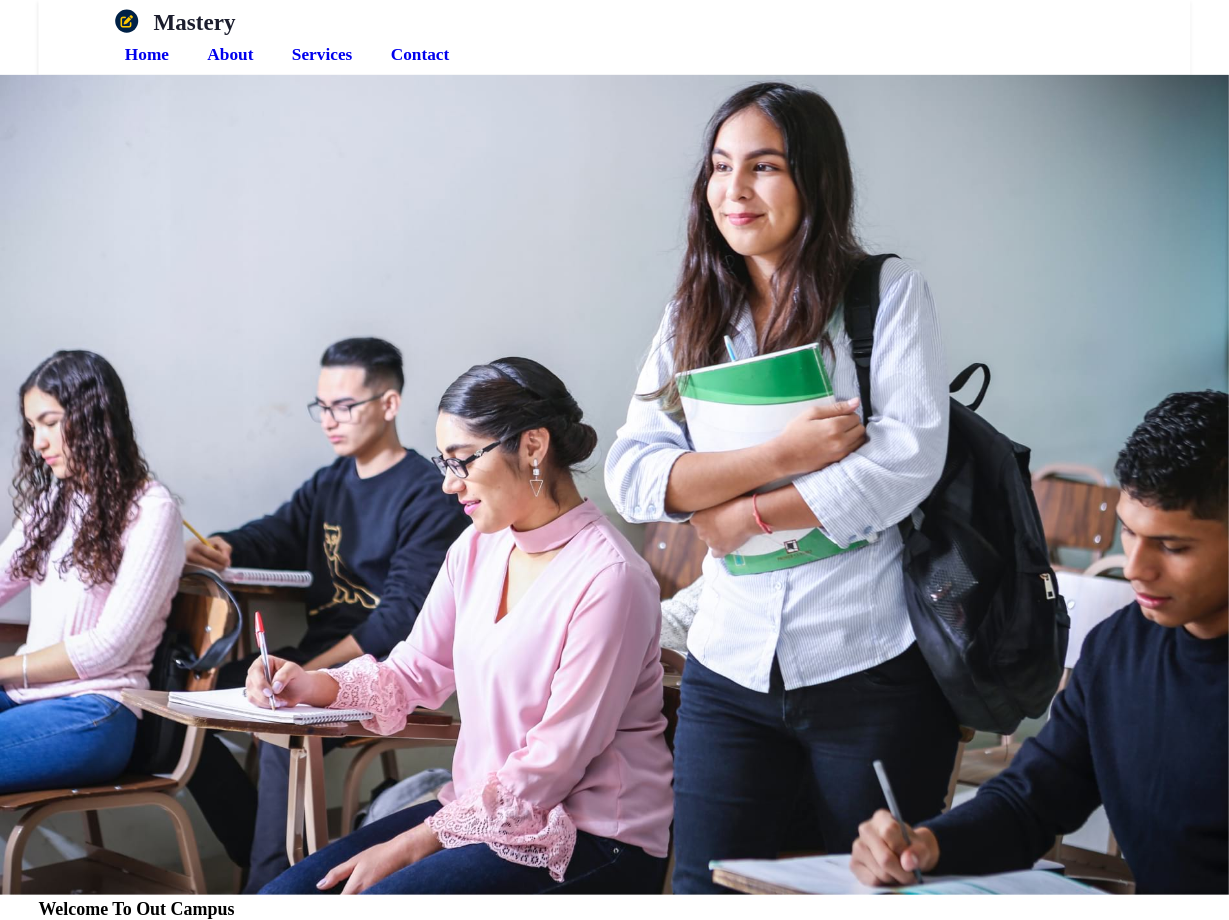
Repository: trminhphuc1504/Mastery
Page: index.html
These files come from the project's save history. The page is drawn as it stood at one moment and after the next save; the edit follows.
The browser window is 1280 px wide. The pictures show the whole page, at 96% of full size.
Some web libraries are served in a nearby version.

Above is the page before, as saved 2024-08-22 12:14:48.

After the next save:
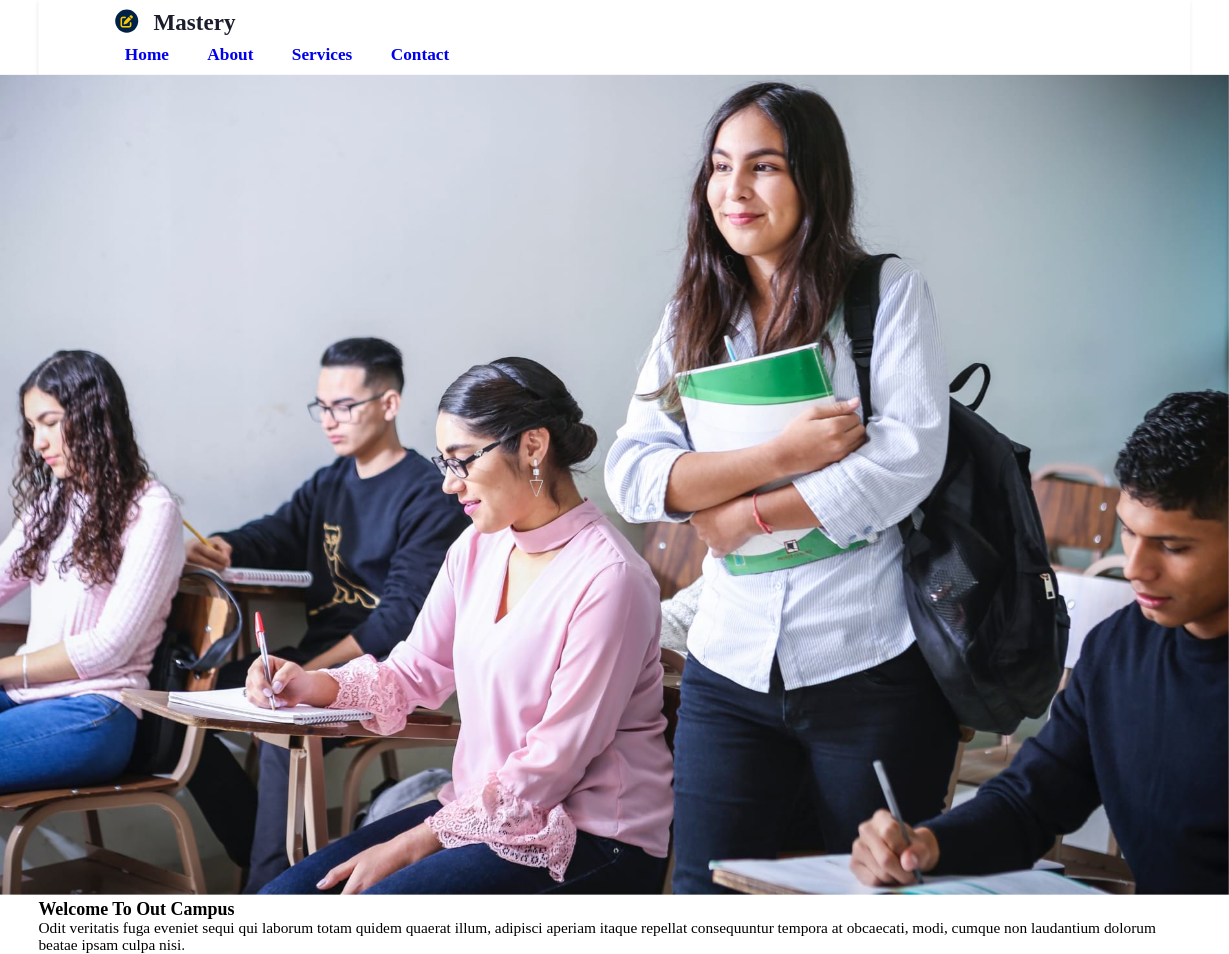
Saved 2 min 3 s later.
--- a/index.html
+++ b/index.html
@@ -59,7 +59,12 @@
       <div class="container">
         <div class="banner-about">
           <h3 class="banner-title">Welcome To Out Campus</h3>
-          <p class="banner-desc"></p>
+          <p class="banner-desc">
+            Odit veritatis fuga eveniet sequi qui laborum totam quidem quaerat
+            illum, adipisci aperiam itaque repellat consequuntur tempora at
+            obcaecati, modi, cumque non laudantium dolorum beatae ipsam culpa
+            nisi.<br />
+          </p>
         </div>
       </div>
     </section>
